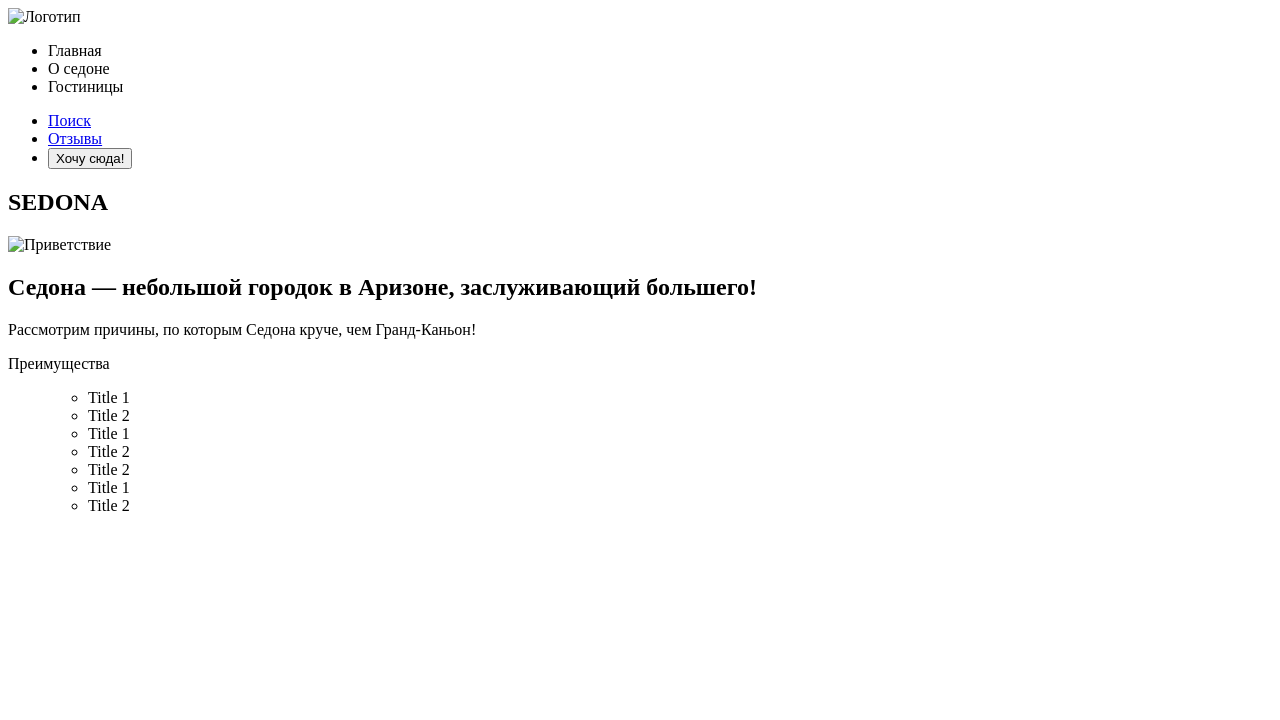
Repository: iKrekus/isedona
Page: index.html
An editor plug-in stored every save of this project. The page is shown before and after the next save, followed by the edit.
The browser window is 1280 px wide. The pictures show the whole page.

Above is the page before, as saved 2022-09-24 20:49:44.

After the next save:
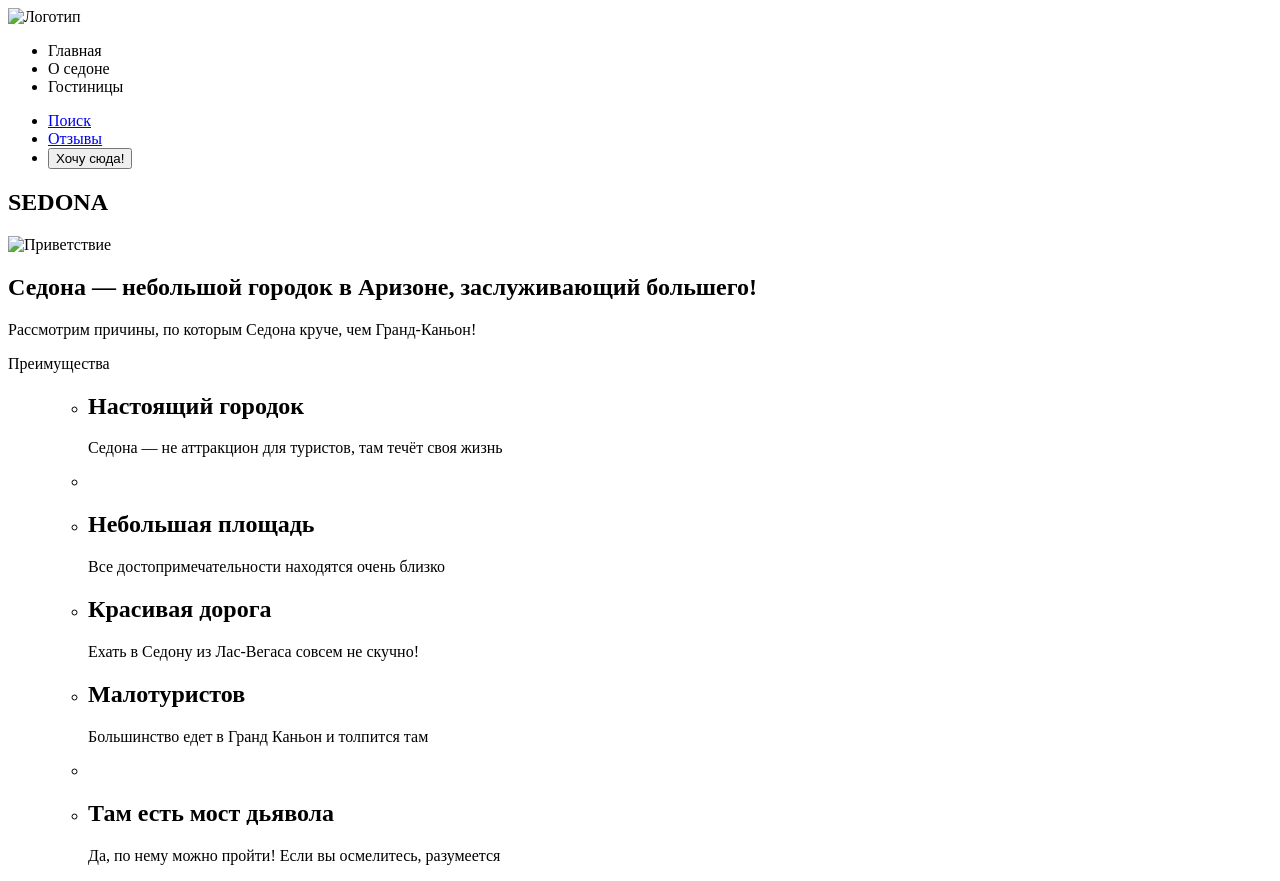
Saved 13 min 30 s later.
--- a/index.html
+++ b/index.html
@@ -35,23 +35,38 @@
       <img class="hero-logo" src="#" alt="Приветствие">
       <div class="hero-logo-line"></div>
       <h2 class="hero-title">Седона — небольшой городок в Аризоне, заслуживающий большего!</h2>
-      <p class="hero-paragraph">Рассмотрим причины, по которым Седона круче, чем Гранд-Каньон!</p>
+      <p class="hero-description">Рассмотрим причины, по которым Седона круче, чем Гранд-Каньон!</p>
   </section>
   <section class="advantages">
     <span class="visually-hidden">Преимущества</span>
     <ul class="advantages-list">
       <ul class="advantages-sublist-one-of-three">
-        <li class="advantages-sublist-item">Title 1</li>
-        <li class="advantages-sublist-item">Title 2</li>
+        <li class="advantages-sublist-item">
+          <h2 class="advantages-sublist-item">Настоящий городок</h2>
+          <p class="advantages-sublist-item-description">Седона — не аттракцион для туристов, там течёт своя жизнь</p>
+        </li>
+        <li class="advantages-sublist-item"></li>
       </ul>
       <ul class="advantages-sublist-two-of-three">
-        <li class="advantages-sublist-item">Title 1</li>
-        <li class="advantages-sublist-item">Title 2</li>
-        <li class="advantages-sublist-item">Title 2</li>
+        <li class="advantages-sublist-item">
+          <h2 class="advantages-sublist-item">Небольшая площадь</h2>
+          <p class="advantages-sublist-item-description">Все достопримечательности находятся очень близко</p>
+        </li>
+        <li class="advantages-sublist-item">
+          <h2 class="advantages-sublist-item">Красивая дорога</h2>
+          <p class="advantages-sublist-item-description">Ехать в Седону из Лас-Вегаса совсем не скучно!</p>
+        </li>
+        <li class="advantages-sublist-item">
+          <h2 class="advantages-sublist-item">Малотуристов</h2>
+          <p class="advantages-sublist-item-description">Большинство едет в Гранд Каньон и толпится там</p>
+        </li>
       </ul>
       <ul class="advantages-sublist-three-of-three">
-        <li class="advantages-sublist-item">Title 1</li>
-        <li class="advantages-sublist-item">Title 2</li>
+        <li class="advantages-sublist-item"></li>
+        <li class="advantages-sublist-item">
+          <h2 class="advantages-sublist-item">Там есть мост дьявола</h2>
+          <p class="advantages-sublist-item-description">Да, по нему можно пройти! Если вы осмелитесь, разумеется</p>
+        </li>
       </ul>
     </ul>
   </section>
